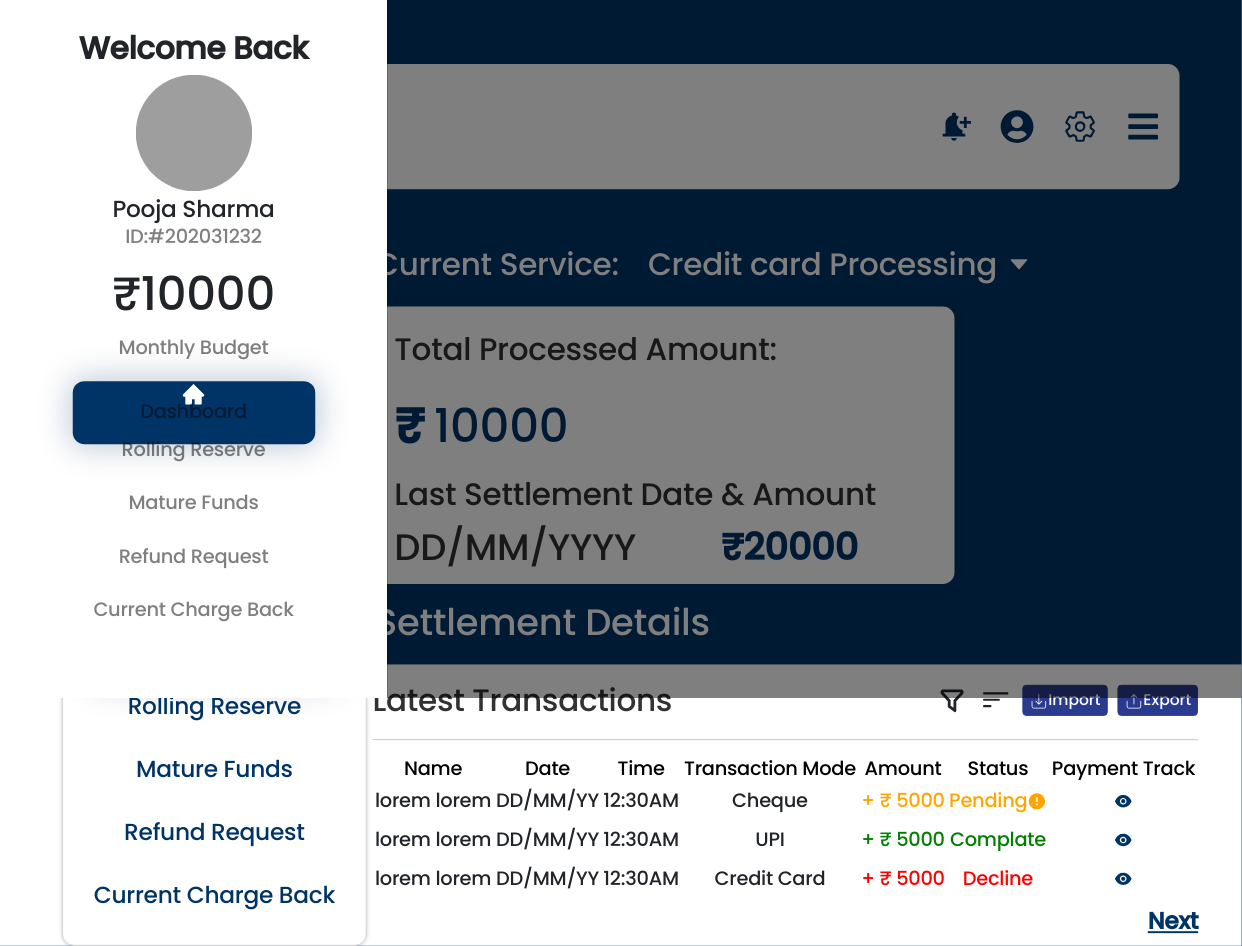
Repository: FlyweisReact/Prashant
Page: /dashboard, after clicking the first element matching `svg.bars`
These files come from the project's save history. The page is drawn as it stood at one moment and after the next save; the edit follows.
The browser window is 1280 px wide. The pictures show the whole page, at 97% of full size.
Pictures or frames that could not be fetched are drawn as grey boxes. Some web libraries are served in a nearby version. The project was rebuilt for these pictures with package versions that can differ from the ones it lists, and the page was loaded fresh each time. Also part of the build but not shown: src/Pages/CryptoPayment.jsx, src/Pages/CurrentCharge.jsx, src/Styles/Login.module.css, src/Components/Login/LoginFirstSection.jsx, src/Components/Login/LoginMainSection.jsx, src/Pages/Login.jsx, src/Pages/MatureFund.jsx, src/Pages/OpenBanking.jsx and 12 more.

Above is the page before, as saved 2023-03-23 18:06:38.

After the next save:
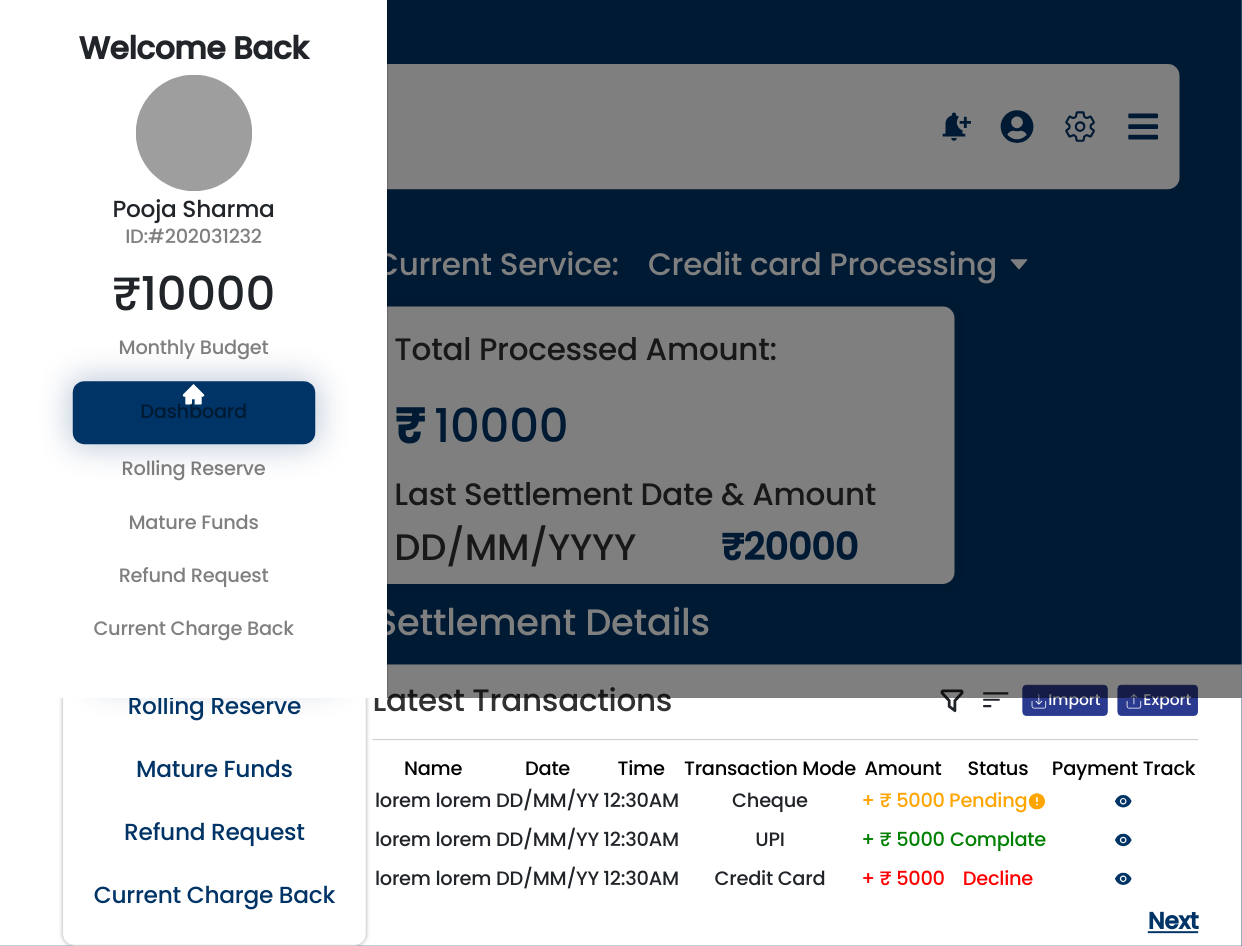
Saved 7 s later.
--- a/src/App.css
+++ b/src/App.css
@@ -220,7 +220,8 @@ color: rgba(0, 0, 0, 0.5);
   gap: 5px;
   display: block;
   margin: auto;
-  maring
+  margin-top: 20px;
+  margin-bottom: 20px;
 }
 .offSideBarMain .ruppes{
   text-align: center;
